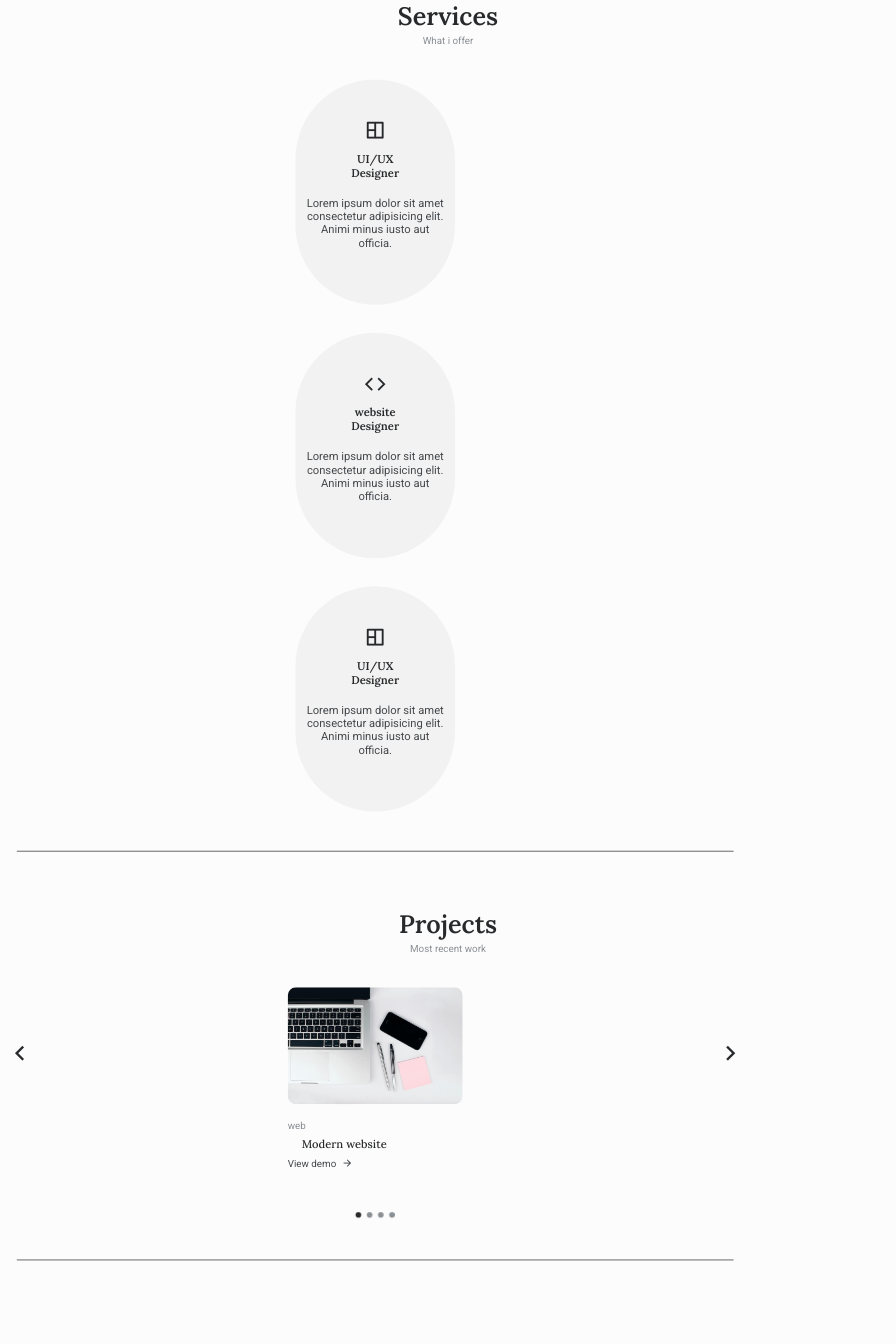
Repository: hnguyeng/myportfoliohongnguyen
Page: index.html
These files come from the project's save history. The page is drawn as it stood at one moment and after the next save; the edit follows.
The browser window is 1280 px wide. The pictures show the part of the page from y = 4049 to 5969 px (the page is 5969 px tall), at 70% of full size.
Some web libraries are served in a nearby version.

Above is the page before, as saved 2023-07-20 15:23:15.

After the next save:
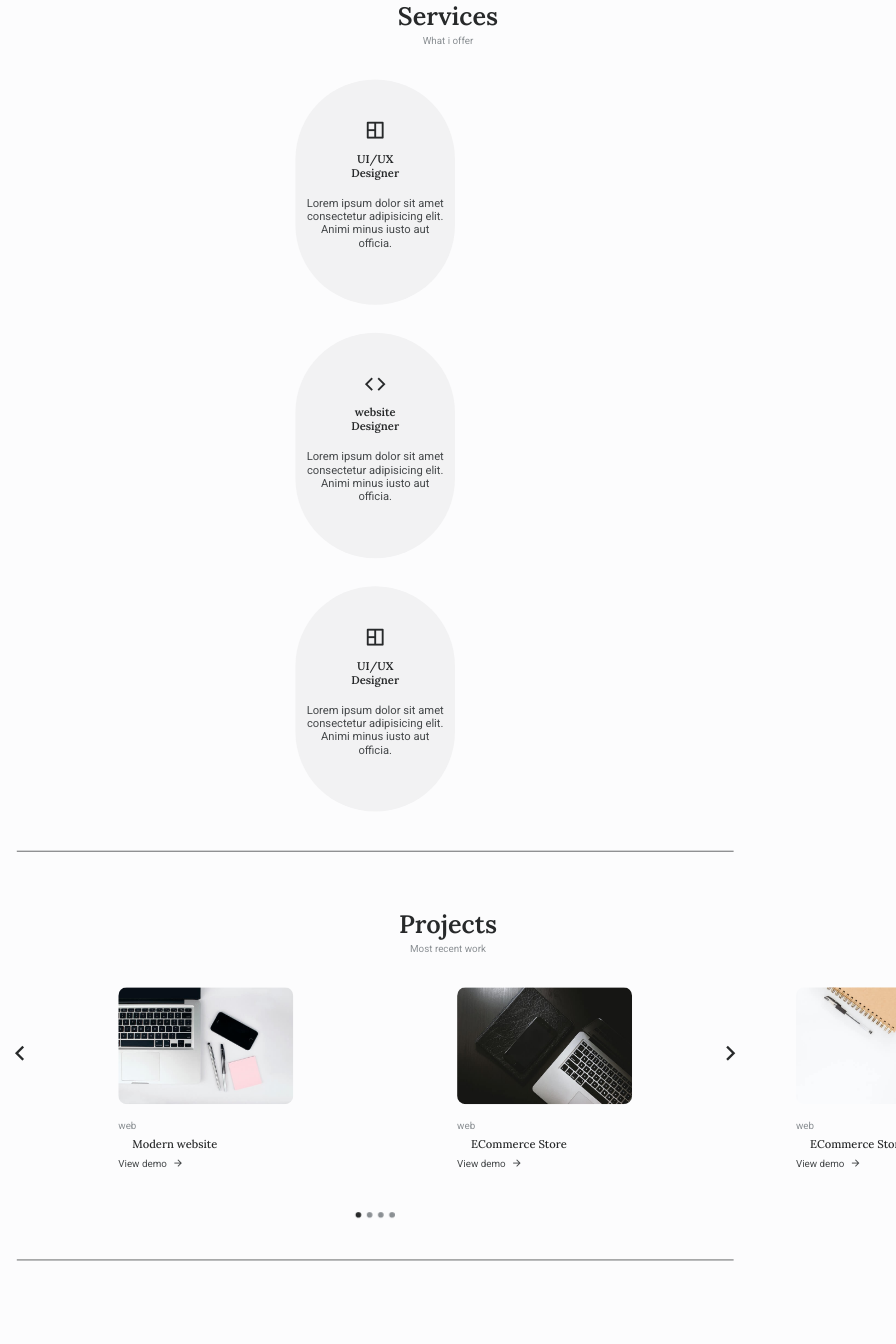
Saved 4 min 49 s later.
--- a/assets/js/main.js
+++ b/assets/js/main.js
@@ -38,6 +38,10 @@ let swiperProjects = new Swiper(".projects__container", {
     pagination: {
       el: ".swiper-pagination",
     },
-    mousewheel: true,
-    keyboard: true,
+    breakpoints: {
+        1200: {
+          slidesPerView: 2,
+          spaceBetween: -56,
+        },
+      },
   });
